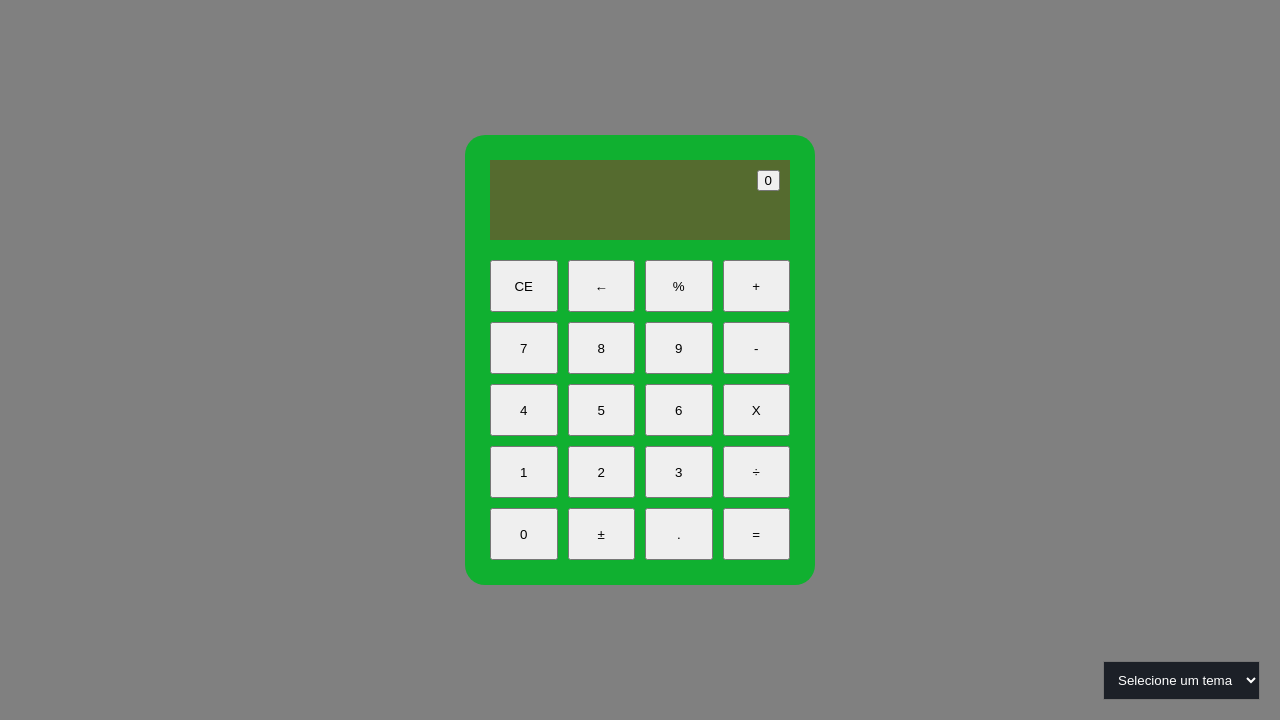
Repository: thislucasme/changing-theme-color-html-css-js
Page: index.html
An editor plug-in stored every save of this project. The page is shown before and after the next save, followed by the edit.
The browser window is 1280 px wide. The pictures show the whole page.

Above is the page before, as saved 2022-06-29 16:00:00.

After the next save:
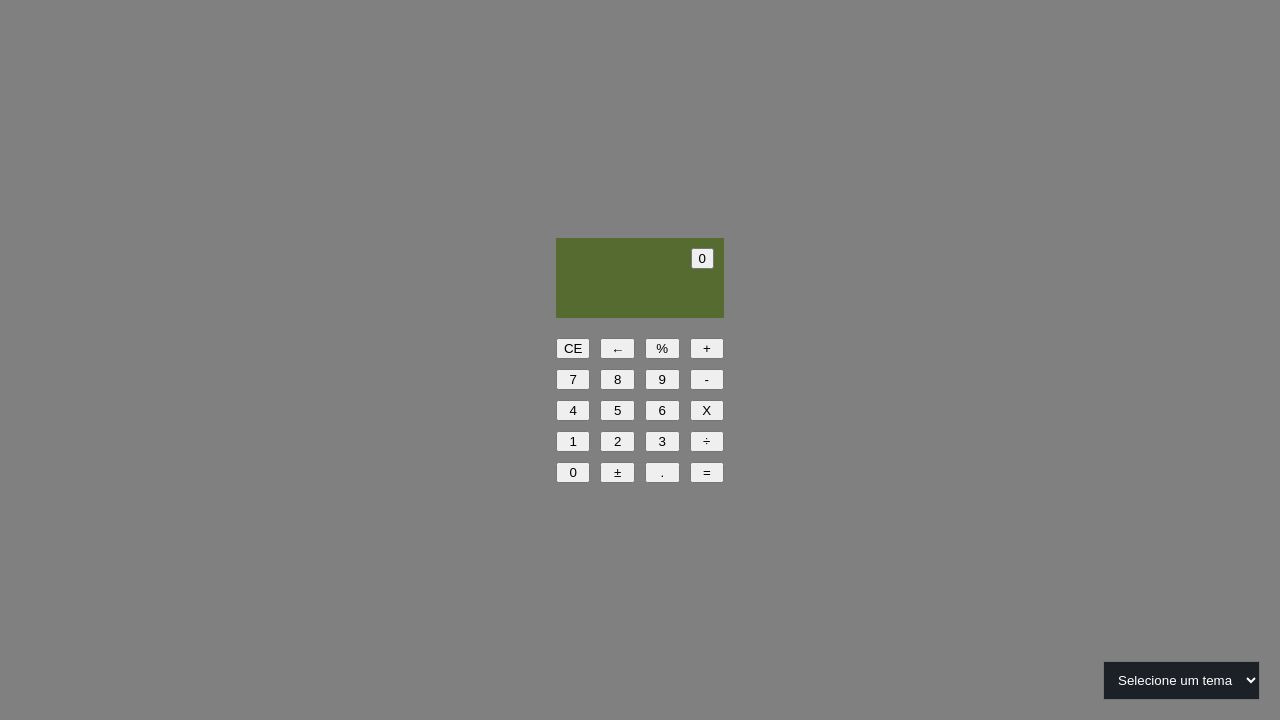
Saved 42 s later.
--- a/css/estilo.css
+++ b/css/estilo.css
@@ -36,16 +36,7 @@ html {
 
 }
 
-.calculadora-dois {
-    width: 300px;
-    height: 400px;
-    background-color: rgb(16, 176, 48);
-    border-radius: 20px;
-    padding: 25px;
-    display: flex;
-    flex-direction: column;
 
-}
 
 
 .painel {
